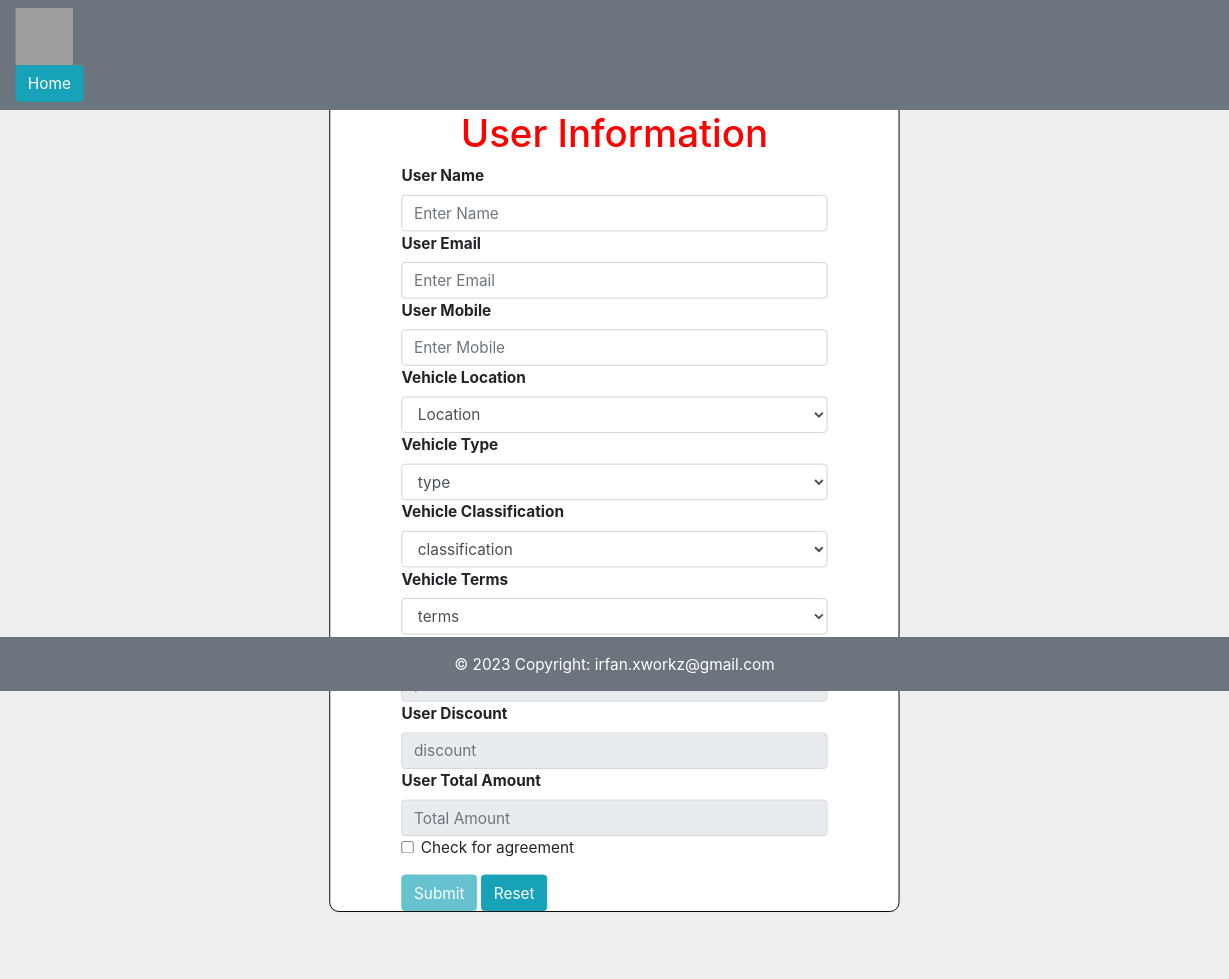
Repository: irfanxworkz/Project
Page: http://localhost/parking/UserInfo.jsp
An editor plug-in stored every save of this project. The page is shown before and after the next save, followed by the edit.
The browser window is 1280 px wide. The pictures show the whole page, at 96% of full size.
Pictures or frames that could not be fetched are drawn as grey boxes. The page is served by Tomcat 9. Other server files are loaded and not shown.

Above is the page before, as saved 2023-07-09 22:09:41.
Console error: SyntaxError: Unexpected token 'else'

### parking/src/main/webapp/UserInfo.jsp
<%@ page language="java" contentType="text/html; charset=UTF-8"
    pageEncoding="UTF-8"%>
<!DOCTYPE html >
<html>
<head>
<meta charset="UTF-8">
<title>User-Page</title>

<!-- Link of JQuery cdn -->
    <script src= "https://ajax.googleapis.com/ajax/libs/jquery/3.5.1/jquery.min.js"> </script>
<!-- Checkbox disable or enable -->
<script>
	$(document).ready(function () {
		  $('#myCheckbox').click(function () {
		    $('#myButton').prop("disabled", !$("#myCheckbox").prop("checked"));
		  })
		});

 	function validateFields() {
		var location=document.getElementById("location").value;
		var type=document.getElementById("type").value;
		var classification=document.getElementById("classification").value;
		var terms=document.getElementById("terms").value;

		if(location=="" || location==null && type=="" || type==null && classification=="" || classification==null && terms=="" || terms==null){
			document.getElementById('validate').innerHTML="please fill the form";
			return false;
		}else if (location=="" || type =="" || classification =="" || terms =="") {
			document.getElementBy('validate').innerHTML="please fill the missing fields";
			return false;
		}
		}else{
			document.getElementBy('validate').innerHTML="";
			return true;
		}
	}

 	function EmailAjax(){
 		console.log("EmailAjax logged-in");
 		var email=document.getElementById("email").value;
 		var url="http://localhost:8080/parking/validateEmail/"+email;
 		console.log(url);
 		const xmlHttp=new XMLHttpRequest();
 		xmlHttp.open("GET", url);
 		xmlHttp.send();
 		xmlHttp.onload=function(){
 			console.log(this.responseText);
 			document.getElementById('display').innerHTML=this.responseText;
 			document.getElementById('here').innerHTML="";
 		}
 	}

 	function ajaxWithObj() {
 		console.log("ajaxWithObj logged-in")
 		var location=document.getElementById("location").value;
 		var type=document.getElementById("type").value;
 		var classification=document.getElementById("classification").value;
 		var terms=document.getElementById("terms").value;
 		var url="http://localhost:8080/parking/getPriceAndDiscount/"+location+"/"+type+"/"+classification+"/"+terms
 		console.log(url);
 		const xmlHttp=new XMLHttpRequest();
 		xmlHttp.open("GET", url);
 		xmlHttp.send();
 		xmlHttp.onload=function(){
 			document.getElementById("display").innerHTML = this.responseText;
 			console.log(this.responseText);
 			var obj=JSON.parse(this.responseText);
 			console.log(obj.price);
 			console.log(obj.discount);
 			document.getElementById("price").value=obj.price;
 			document.getElementById("discount").value=obj.discount;
 			var totalAmount=obj.price-((obj.price*obj.discount)/100);
 			console.log(totalAmount);
 			document.getElementById("totalAmount").value = totalAmount;
 		}
	}
 </script>
<!-- Link of Bootstrap cdn -->
<link rel="stylesheet"
	href="https://cdn.jsdelivr.net/npm/bootstrap@4.4.1/dist/css/bootstrap.min.css">
	<link rel="stylesheet" href="Parking.css">
</head>
<header>
	<div class="fixed-header">
		<nav class="navbar navbar-dark bg-secondary justify-content-between">
			<img src="https://w7.pngwing.com/pngs/974/17/png-transparent-car-park-parking-computer-icons-parking-text-rectangle-logo-thumbnail.png" alt="" width="60" height="60">
		    <a href="Home.jsp" class="btn btn-info" type="button" style="margin-right: 1150px;">Home</a>
		</nav>
	</div>
</header>
<body>

<div class="container">
	<form action="user" method="post" onsubmit="return validateFields()" style="background-color: white; margin-top: 10px;margin-bottom: 10px; margin-left: 200px; margin-right: 200px; border: 1px solid black; border-radius: 10px;">

		<span style="color: green;">${usermsg }</span>
		<span style="color: red;">${error }</span>
	 	<span style="color: red;" id="display"></span><a id="here" href="UserLogin.jsp"> Login </a>
		<h1 style="color: red; text-align: center;" >User Information</h1>
		<div class="container">
			<label for="name"><b>User Name</b></label>
			<input type="text" name="name" placeholder="Enter Name" class="form-control" required="required">
			<label for="email"><b>User Email</b></label>
			<input type="email" name="email" placeholder="Enter Email" class="form-control" onchange="EmailAjax()" id="email" required="required">
			<label for="mobile"><b>User Mobile</b></label>
			<input type="number" name="mobile" placeholder="Enter Mobile" class="form-control" required="required" >
			<label for="location"><b>Vehicle Location</b></label>
					<select name="location" class="form-control" id="location">
					<option value="">Location</option>
					<option value="Rajaji-Nagar">Rajaji-Nagar</option>
					<option value="kurubarahalli">Kurubarahalli</option>
					<option value="btm">BTM</option>
					</select>
			<label for="type"><b>Vehicle Type</b></label>
					<select name="type" class="form-control" id="type">
					<option value="">type</option>
					<option value="2 wheeler">2-Wheeler</option>
					<option value="4 wheeler">4-wheeler</option>
					</select>
			<label for="classification"><b>Vehicle Classification</b></label>
					<select name="classification" class="form-control" id="classification">
					<option value="">classification</option>
					<option value="bmw">BMW</option>
					<option value="dastun">Dastun</option>
					<option value="benz">Benz</option>
					<option value="bike">Bike</option>
					</select>
			<label for="terms"><b>Vehicle Terms</b></label>
					<select name="terms" class="form-control" onchange="ajaxWithObj()" id="terms">
					<option value="">terms</option>
					<option value="1-day">1-Day</option>
					<option value="7-day">7-Days</option>
					<option value="15-day">15-Days</option>
					<option value="30-day">30-Days</option>
					<option value="90-day">90-Days</option>
					<option value="180-day">180-Days</option>
					<option value="365-day">365-Days</option>
					</select>
			<label for="price"><b> User Price</b></label>
					<input type="text" name="price" class="form-control" placeholder="price" id="price" readonly="readonly">
			<label for="discount"><b>User Discount</b></label>
					<input type="text" name="discount" class="form-control" placeholder="discount" id="discount" readonly="readonly">
			<label for="totalAmount"><b>User Total Amount</b></label>
					<input type="text" name="totalAmount" class="form-control" placeholder="Total Amount" id="totalAmount" readonly="readonly">
			<div class="form-group form-check">
			    <input type="checkbox" class="form-check-input" id="myCheckbox">
			    <label class="form-check-label" for="myCheckbox">Check for agreement</label>
		 	</div>
	 			 <input type="submit" value="Submit" class="btn btn-info" id="myButton" disabled>
	 			 <input type="reset" value="Reset" class="btn btn-info">
		</div>
	</form>
</div>
</body>
<div class="fixed-footer">
<footer class="bg-secondary text-white">
    <div class="text-center p-3" style="background-color: secondary;">
      © 2023 Copyright:
      <a class="text-white" href="https://irfan.xworkz@gmail.com/">irfan.xworkz@gmail.com</a>
    </div>
</footer>
</div>
</html>

### parking/src/main/webapp/Parking.css
@charset "UTF-8";



 /* Add some padding on document's body to prevent the content
    to go underneath the header and footer */
 	body{
        padding-top: 80px;
        padding-bottom: 60px;
        background-color: buttonface;
    }
    .container{
        width: 80%;
        margin: 0 auto; /* Center the DIV horizontally */
    }
    .fixed-header, .fixed-footer{
        width: 100%;
        position: fixed;

    }
    .fixed-header{
        top: 0;
    }
    .fixed-footer{
        bottom: 0;
    }


 /* using for table and body*/
 #customers {
  font-family: Arial, Helvetica, sans-serif;
  border-collapse: collapse;
  width: 100%;
}

#customers td, #customers th {
  border: 1px solid #ddd;
  padding: 8px;
}

#customers tr:nth-child(even){background-color: #f2f2f2;}

#customers tr:hover {background-color: #ddd;}

#customers th {
  padding-top: 12px;
  padding-bottom: 12px;
  text-align: left;
  background-color: #04AA6D;
  color: white;
}

After the next save:
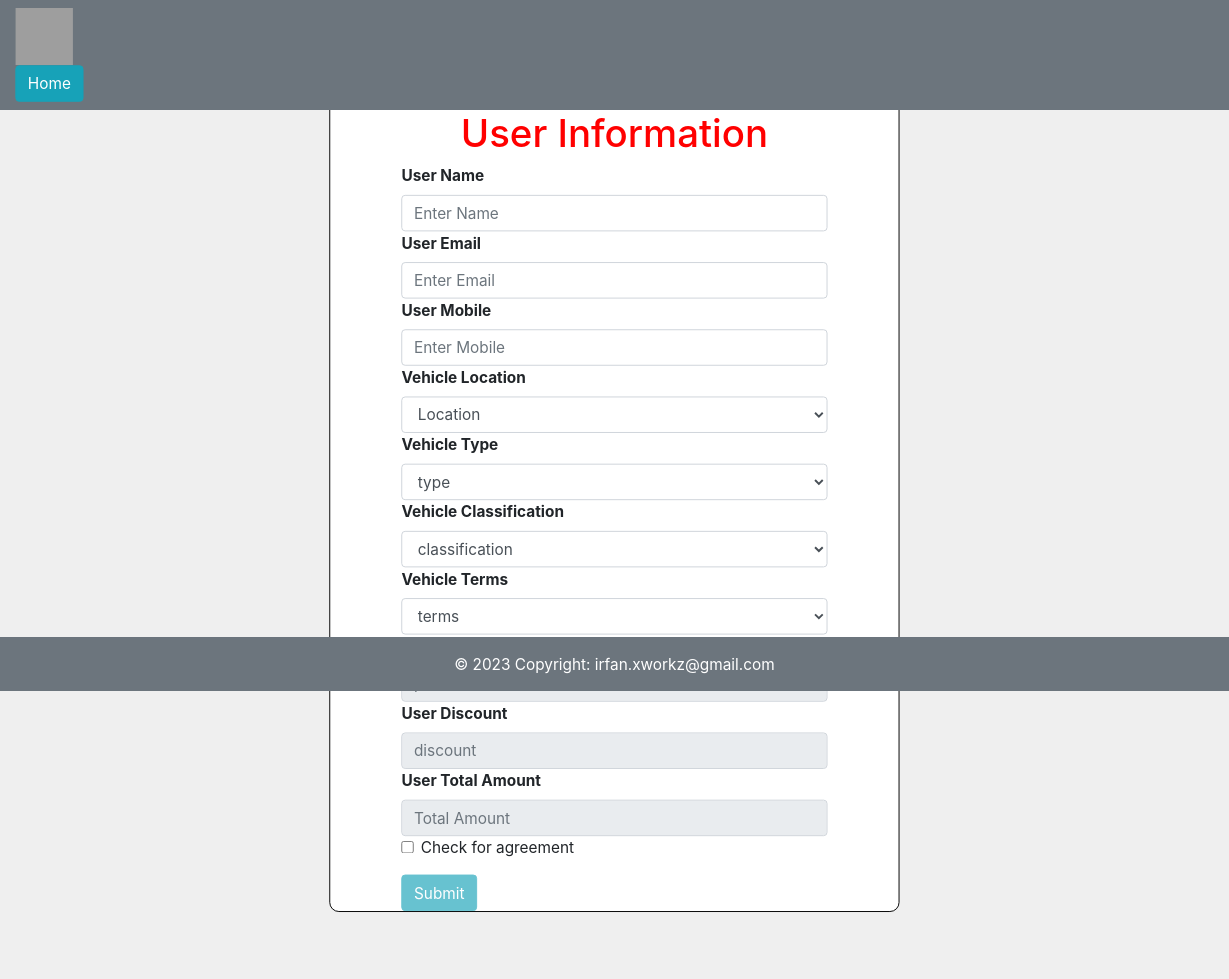
Saved 59 s later.
--- a/parking/src/main/webapp/UserInfo.jsp
+++ b/parking/src/main/webapp/UserInfo.jsp
@@ -147,7 +147,7 @@
 			    <label class="form-check-label" for="myCheckbox">Check for agreement</label>
 		 	</div>
 	 			 <input type="submit" value="Submit" class="btn btn-info" id="myButton" disabled>
-	 			 <input type="reset" value="Reset" class="btn btn-info">
+	 			 <!-- <input type="reset" value="Reset" class="btn btn-info"> -->
 		</div>
 	</form>
 </div>
